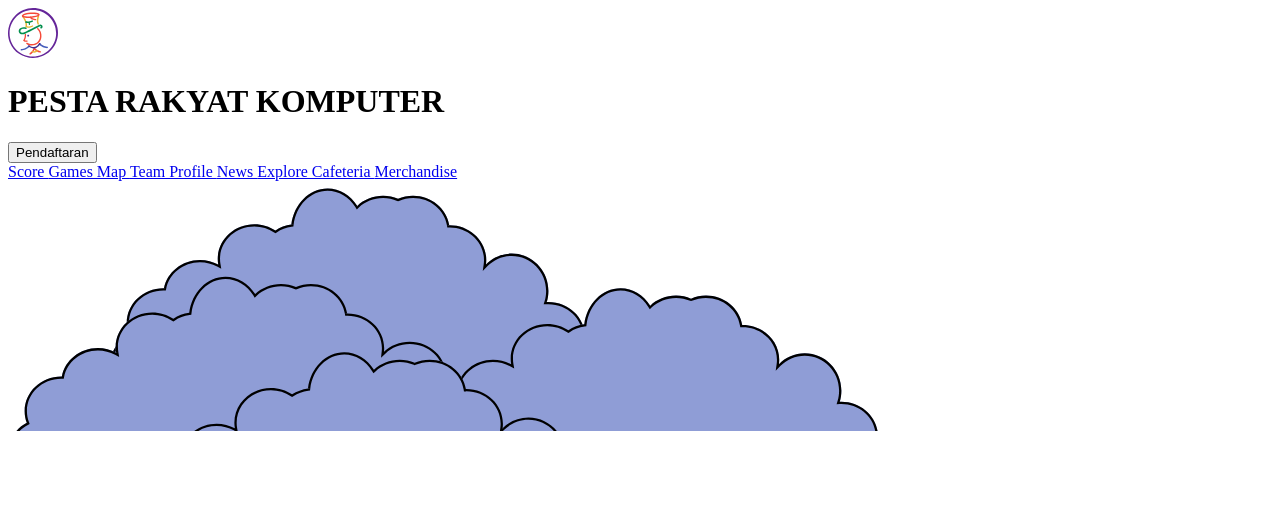
Repository: risalstrr/RegistPerak
Page: /
The author's editor kept a copy of each file at every save. The page is drawn from the files as they stood at one save, then again after the next save.
The browser window is 1280 px wide. The pictures show the whole page.
The project was rebuilt for these pictures with package versions that can differ from the ones it lists, and the page was loaded fresh each time. The framework's server and built-in components were replaced by stand-ins that run in the browser. Also part of the build but not shown: next.config.js.

Above is the page before, as saved 2021-12-29 18:37:06.

### pages/index.js
import Head from 'next/head'
import Image from 'next/image'
import { useState } from 'react'
// import styles from '../styles/Home.module.css'

export default function Home() {
    const [isMobile, setIsMobile] = useState(false)
    return ( <
        div className = "bg-[#EBC761] w-full min-h-screen" >
        <
        Head >
        <
        title > Homepage Pendaftaran < /title> <
        /Head> <
        div className = 'z-10 flex flex-col lg:flex-row bg-[#F1D78E]' >
        <
        div className = 'bg-[#F1D78E] border-b lg:border-b-0 flex items-center justify-between' >
        <
        div className = 'flex items-center' >
        <
        div className = 'relative pt-2 pl-2' >
        <
        Image src = "/logoPerak.svg"
        width = { 50 }
        height = { 50 }
        alt = "logoPerak" /
        >
        <
        /div> <
        div className = 'text-sm md: pl-3 font-bold font-sans' >
        <
        h1 > PESTA RAKYAT KOMPUTER < /h1> <
        /div> <
        /div> <
        div className = 'pr-5 block lg:hidden' >
        <
        button className = 'font-bold font-sans'
        onClick = {
            () => setIsMobile(true) } > Pendaftaran < /button> <
        /div> <
        /div> <
        div className = 'lg:flex flex-col lg:flex-row justify-end bg-[#F1D78E] w-full py-4 lg:py-0 hidden md:hidden' >
        <
        div className = ' flex flex-col lg:flex-row' >
        <
        a href = "#"
        className = 'block px-4 py-3 lg:py-4 text-sm font-bold font-sans ' > Score < /a> <
        a href = "#"
        className = 'block px-4 py-3 lg:py-4 text-sm font-bold font-sans' > Games Map < /a> <
        a href = "#"
        className = 'block px-4 py-3 lg:py-4 text-sm font-bold font-sans' > Team Profile < /a> <
        a href = "#"
        className = 'block px-4 py-3 lg:py-4 text-sm font-bold font-sans' > News < /a> <
        a href = "#"
        className = 'block px-4 py-3 lg:py-4 text-sm font-bold font-sans' > Explore Cafeteria < /a> <
        a href = "#"
        className = 'block px-4 py-3 lg:py-4 text-sm font-bold font-sans' > Merchandise < /a> <
        /div> <
        /div> <
        /div>   {
            /* <div className='relative mr-40 '>
                    <div className='absolute top-40 right-80'>
                    <Image
                      src="/kuning.svg"
                      width = {330}
                      height = {300}
                      alt = "kuning"
                    />
                  </div> */
        } <
        div className = 'hidden lg:block lg:absolute -bottom-10 -left-5' >
        <
        Image src = "/leftcloud.svg"
        width = { 870 }
        height = { 250 }
        alt = "biru" /
        > { /* </div>  */ } <
        /div> <
        /div>
    )
}

After the next save:
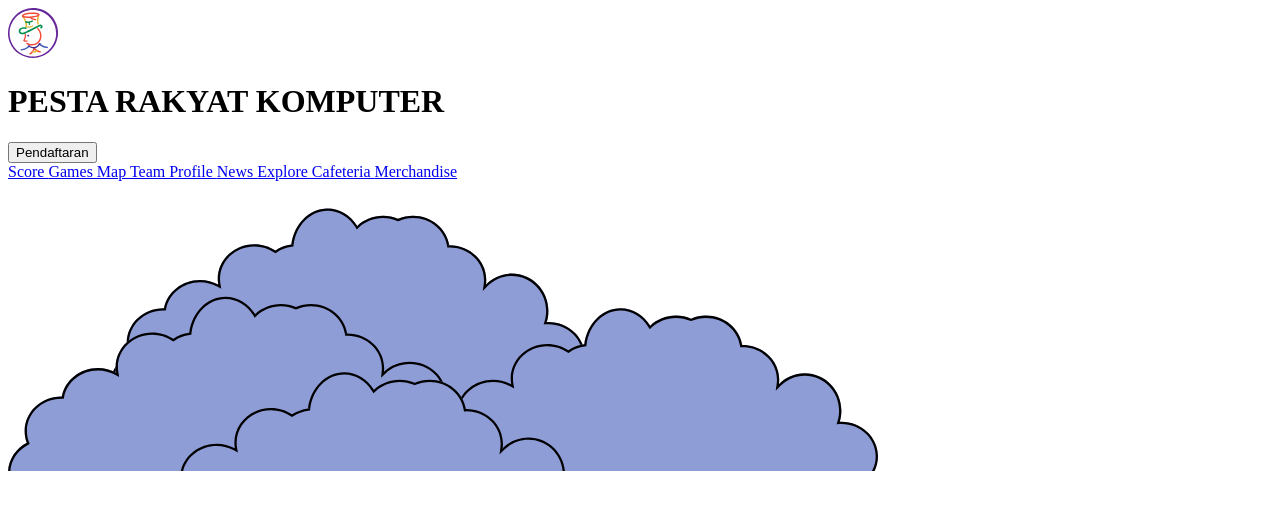
Saved 7 s later.
--- a/pages/index.js
+++ b/pages/index.js
@@ -72,7 +72,7 @@ export default function Home() {
         <
         Image src = "/leftcloud.svg"
         width = { 870 }
-        height = { 250 }
+        height = { 290 }
         alt = "biru" /
         > { /* </div>  */ } <
         /div> <
